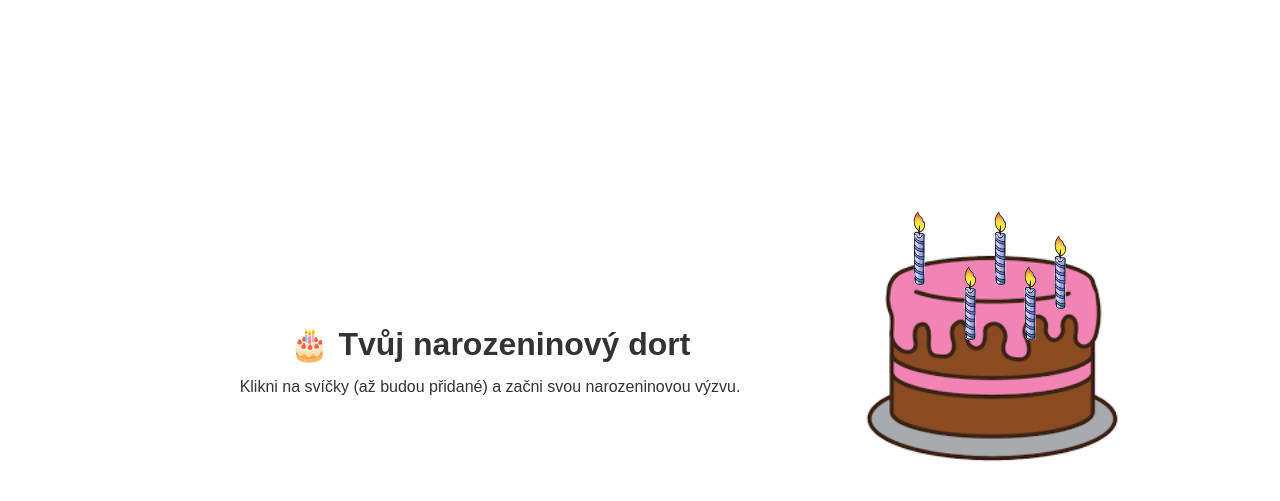
Repository: DanielMicka/darek
Page: html/cake.html
The author's editor kept a copy of each file at every save. The page is drawn from the files as they stood at one save, then again after the next save.
The browser window is 1280 px wide. The pictures show the whole page.

Above is the page before, as saved 2026-06-13 19:23:48.

### html/cake.html
<!DOCTYPE html>
<html lang="cs">

<head>
    <meta charset="UTF-8">
    <title>Dort 🎂</title>
    <link rel="stylesheet" href="styles.css">
</head>

<body>

    <div class="container fade">

        <h2>🎂 Tvůj narozeninový dort</h2>

        <p>Klikni na svíčky (až budou přidané) a začni svou narozeninovou výzvu.</p>


    </div>

        <div class="cake-wrapper">
            <img src="/cake.png" class="cake">

            <!-- Svíčka 1 -->
            <img src="/svíčka_ende.png" class="candle c1" data-id="1">

            <!-- Svíčka 2 -->
            <img src="/svíčka_ende.png" class="candle c2" data-id="2">

            <!-- Svíčka 3 -->
            <img src="/svíčka_ende.png" class="candle c3" data-id="3">

            <!-- Svíčka 4 -->
            <img src="/svíčka_ende.png" class="candle c4" data-id="4">

            <!-- Svíčka 5 -->
            <img src="/svíčka_ende.png" class="candle c5" data-id="5">
        </div>


</body>

</html>

### html/styles.css
/* Reset */
* {
    margin: 0;
    padding: 0;
    box-sizing: border-box;
}

body {
    font-family: "Poppins", sans-serif;
    background: white;
    color: #333;
    display: flex;
    justify-content: center;
    align-items: center;
    min-height: 100vh; /* vždy na střed */
    text-align: center;
    padding: 20px;
}

/* Kontejner pro obsah */
.container {
    max-width: 700px;
    width: 100%;
}

/* Obrázky */
img {
    max-width: 100%;
    height: auto;
}

/* Tlačítko */
.btn {
    margin-top: 35px;
    padding: 15px 35px;
    font-size: 1.2rem;
    border: none;
    border-radius: 30px;
    background: #4aa3ff;
    color: white;
    cursor: pointer;
    transition: 0.3s;
}

.btn:hover {
    background: #1f8bff;
    transform: scale(1.05);
}

/* Nadpisy */
h1 {
    font-size: 2.6rem;
    margin-bottom: 15px;
}

h2 {
    font-size: 2rem;
    margin-bottom: 15px;
}

/* Animace */
@keyframes fadeIn {
    from { opacity: 0; transform: translateY(20px); }
    to   { opacity: 1; transform: translateY(0); }
}

.fade {
    animation: fadeIn 1.2s ease;
}
.cake-wrapper {
    position: relative;
    display: inline-block;
}

.cake {
    width: 300px;
}

/* Všechny svíčky */
.candle {
    position: absolute;
    width: 80px; /* upravíš podle obrázku */
    cursor: pointer;
}
/* Svíčka 1 */
.c1 {
    top: 0.1%;
    left: 13%;
}

/* Svíčka 2 */
.c2 {
    top: 0,01%;
    left: 40%;
}

/* Svíčka 3 */
.c3 {
    top: 8%;
    left: 60%;
}

/* Svíčka 4 */
.c4 {
    top: 18%;
    left: 30%;
}

/* Svíčka 5 */
.c5 {
    top: 18%;
    left: 50%;
}

After the next save:
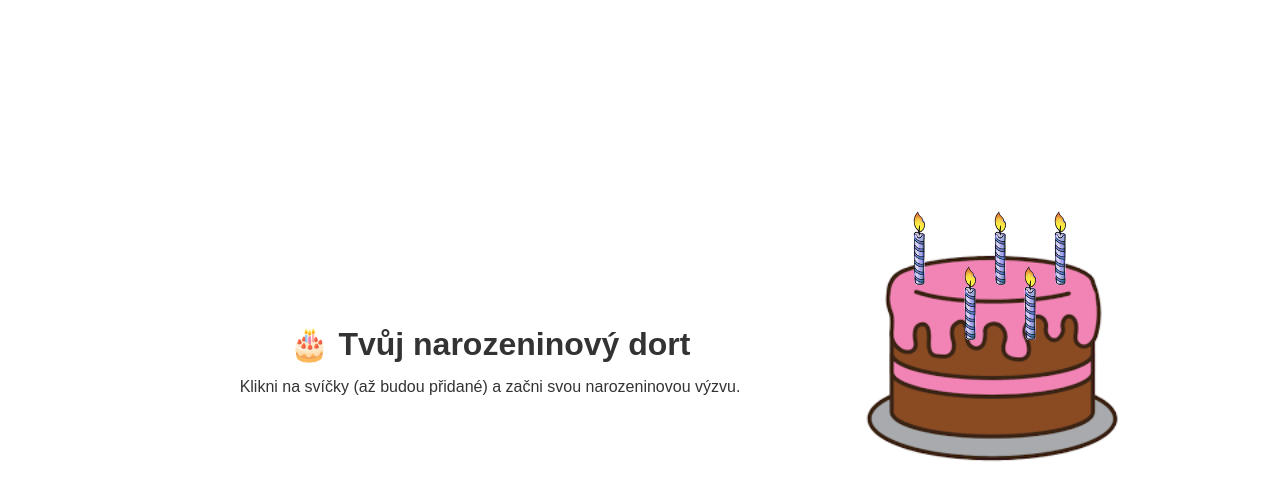
Saved 46 s later.
--- a/html/styles.css
+++ b/html/styles.css
@@ -96,7 +96,7 @@
 
 /* Svíčka 3 */
 .c3 {
-    top: 8%;
+    top: 0.1%;
     left: 60%;
 }
 
